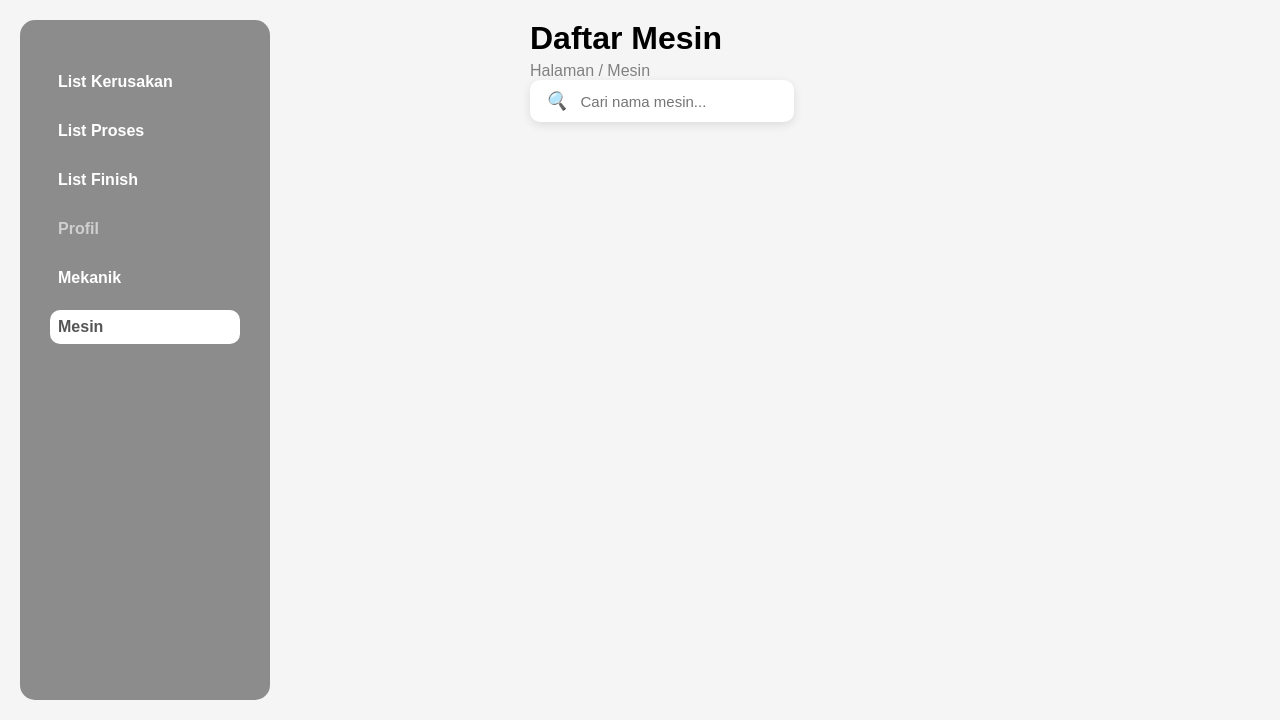
Repository: 1rHub/maintenance
Page: http://localhost/mesin.php
An editor plug-in stored every save of this project. The page is shown before and after a run of saves, followed by the edit.
The browser window is 1280 px wide. The pictures show the whole page.
The page is run by PHP 8.4 with error messages shown; the project is at /var/www/html/. Queries for data that is not in the repository find no rows.

Above is the page before, as saved 2025-10-19 03:58:48.

After the next 2 saves:
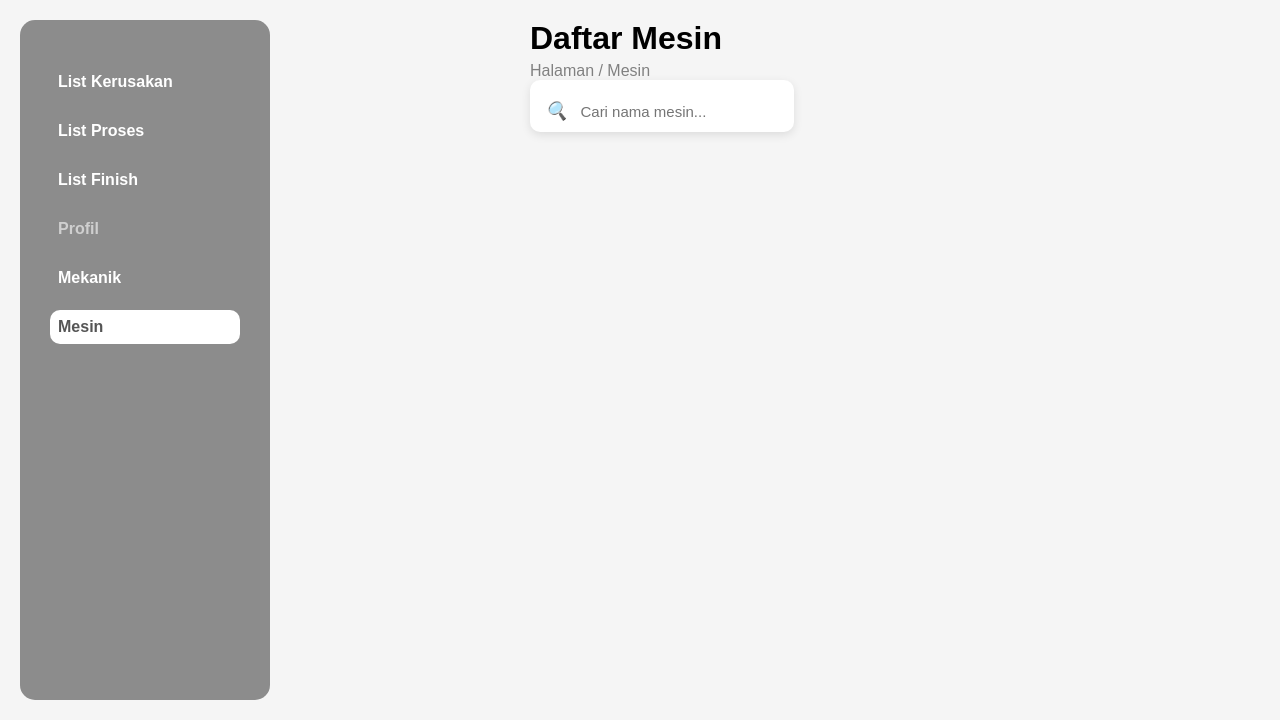
The 2 saves are shown as one change because they came seconds apart.
The last was saved 6 s later.
--- a/mesin.php
+++ b/mesin.php
@@ -25,7 +25,7 @@
             border-radius: 10px;
             box-shadow: 0 3px 10px rgba(0,0,0,0.1);
             padding: 10px 15px;
-            padd
+            padding-top: 20px;
         }
 
         .search-box input {

After the 3 saves that followed:
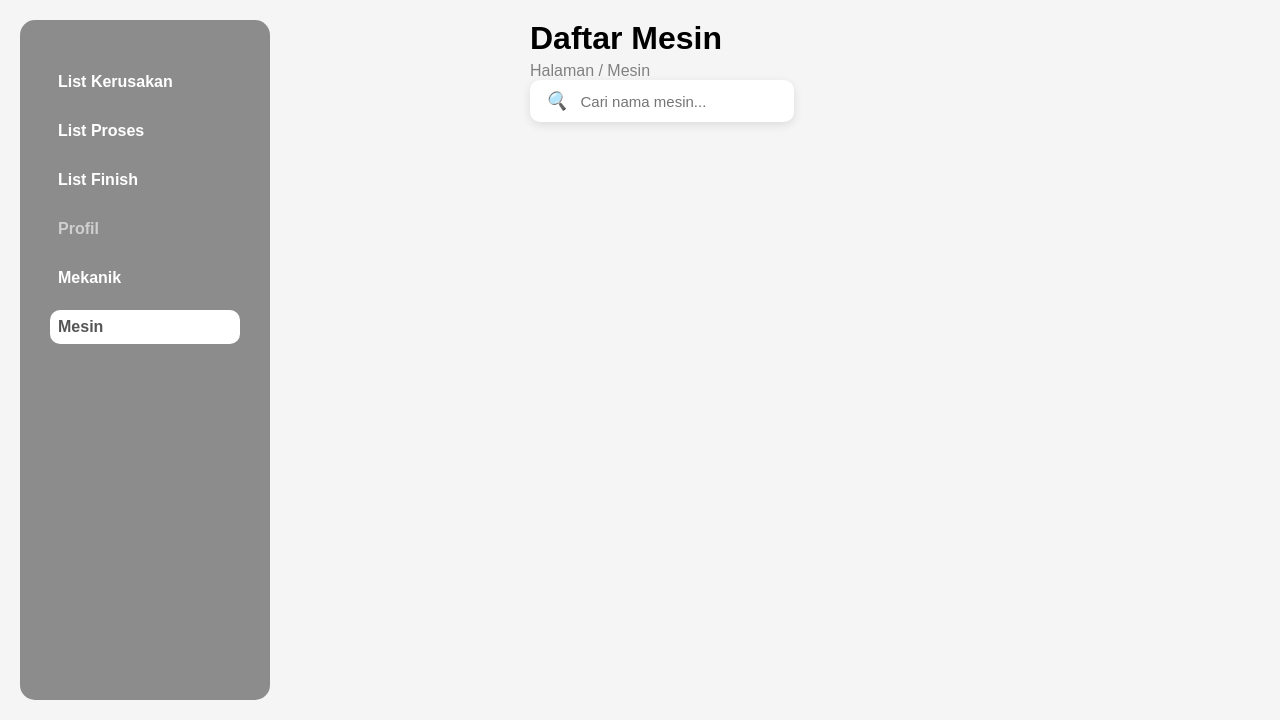
The 3 saves are shown as one change because they came seconds apart.
The last was saved 12 s later.
--- a/mesin.php
+++ b/mesin.php
@@ -17,6 +17,7 @@
         /* Search bar */
         .search-box {
             width: 100%;
+            padding-top: 20px;
             max-width: 400px;
             margin-bottom: 25px;
             display: flex;
@@ -25,7 +26,6 @@
             border-radius: 10px;
             box-shadow: 0 3px 10px rgba(0,0,0,0.1);
             padding: 10px 15px;
-            padding-top: 20px;
         }
 
         .search-box input {
